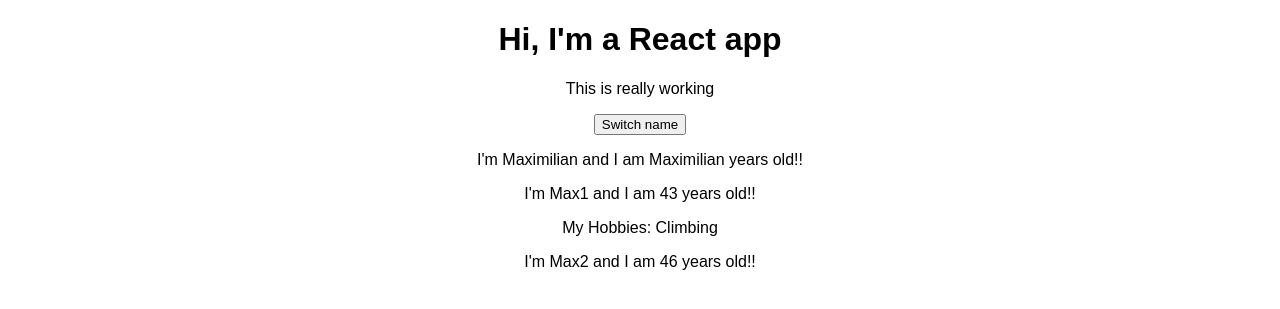
Repository: cristinadoroftei/FirstReactProject
Page: /
The author's editor kept a copy of each file at every save. The page is drawn from the files as they stood at one save, then again after the next save.
The browser window is 1280 px wide. The pictures show the whole page.
The project was rebuilt for these pictures with package versions that can differ from the ones it lists, and the page was loaded fresh each time.

Above is the page before, as saved 2020-07-08 09:57:49.

### src/App.js
//import React which is responsible for rendering things in the DOM and Component to extend the Component class
import React, { Component } from 'react';
import './App.css';
import Person from './Person/Person.js'


class App extends Component {
  state = {
    persons: [
      {name: 'Maximilian', age:28},
      {name: 'Max1', age:29},
      {name: 'Max2', age:29}
    ]
  }
  render() {
    return (
      <div className="App">
        <h1>Hi, I'm a React app</h1>
        <p>This is really working</p>
        <button>Switch name</button>
        <Person name= {this.state.persons[0].name} age={this.state.persons[0].name}/>
        <Person name= {this.state.persons[1].name} age="43">My Hobbies: Climbing</Person>
        <Person name= {this.state.persons[2].name} age="46"/>
      </div>
    );
    // return React.createElement('div', null, React.createElement('h1', {className: 'App'}, 'Hi, Im a react app!') )
  }
}

export default App;

### src/Person/Person.js
import React from 'react';


const person = (props) => {
    return (
        <div>
            <p>I'm {props.name}  and I am {props.age} years old!!</p>
            <p>{props.children}</p>
        </div>

    )
};


export default person;

Loaded but not shown: public/index.html (common file); src/index.js (common file); src/index.css (common file); src/registerServiceWorker.js (common file); src/App.css (common file)

After the next save:
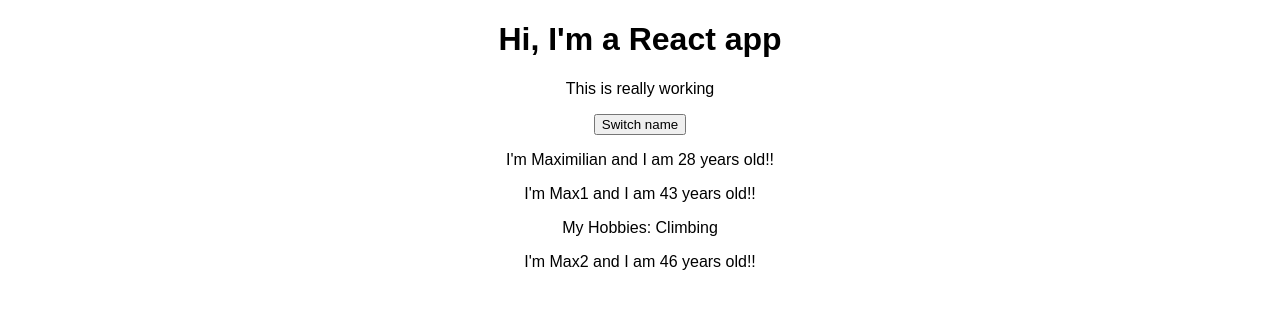
Saved 4 s later.
--- a/src/App.js
+++ b/src/App.js
@@ -18,7 +18,7 @@ class App extends Component {
         <h1>Hi, I'm a React app</h1>
         <p>This is really working</p>
         <button>Switch name</button>
-        <Person name= {this.state.persons[0].name} age={this.state.persons[0].name}/>
+        <Person name= {this.state.persons[0].name} age={this.state.persons[0].age}/>
         <Person name= {this.state.persons[1].name} age="43">My Hobbies: Climbing</Person>
         <Person name= {this.state.persons[2].name} age="46"/>
       </div>
